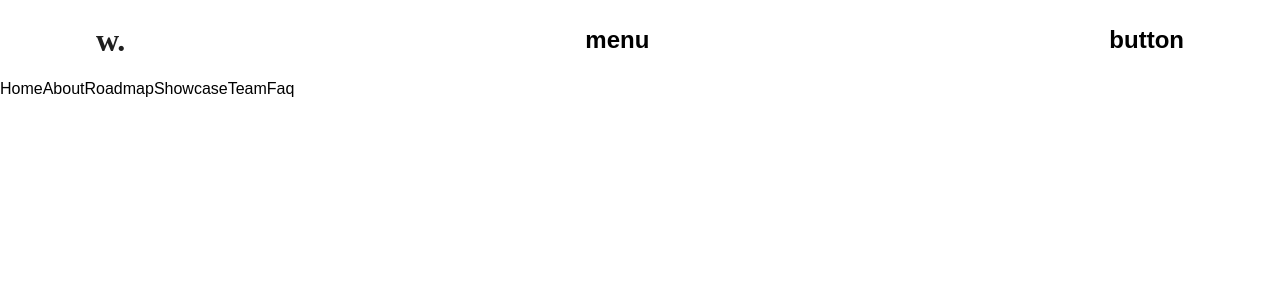
Repository: guilhermecardoso93/The-Weirdos-NFT-Website-Starter-Code
Page: /
An editor plug-in stored every save of this project. The page is shown before and after the next save, followed by the edit.
The browser window is 1280 px wide. The pictures show the whole page.
Some web fonts or font styles are not loaded; a fallback is used. The project was rebuilt for these pictures with package versions that can differ from the ones it lists, and the page was loaded fresh each time.

Above is the page before, as saved 2023-11-13 18:51:34.

After the next save:
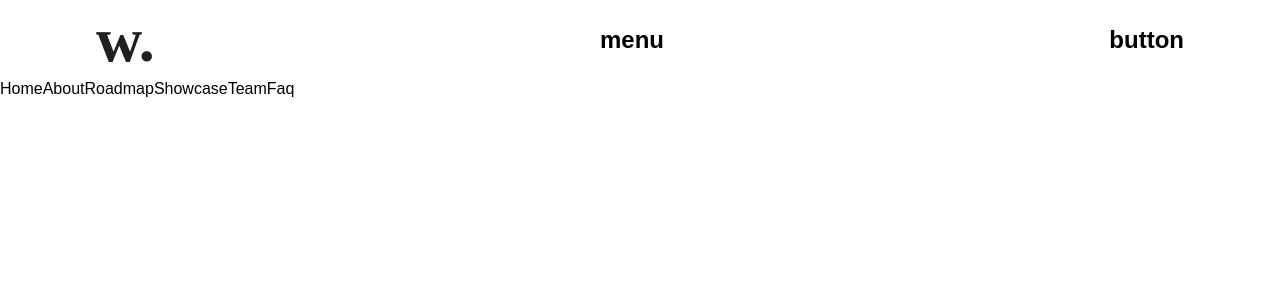
Saved 27 s later.
--- a/src/components/Logo/style.js
+++ b/src/components/Logo/style.js
@@ -3,6 +3,6 @@
 
 export const LogoText = styled.h1`
   font-family: "Akaya Telivigala", cursive;
-  font-size: ${props => props.theme.fontxxx1};
+  font-size: ${props => props.theme.fontxxxl};
   color: ${props => props.theme.text}
 `;
